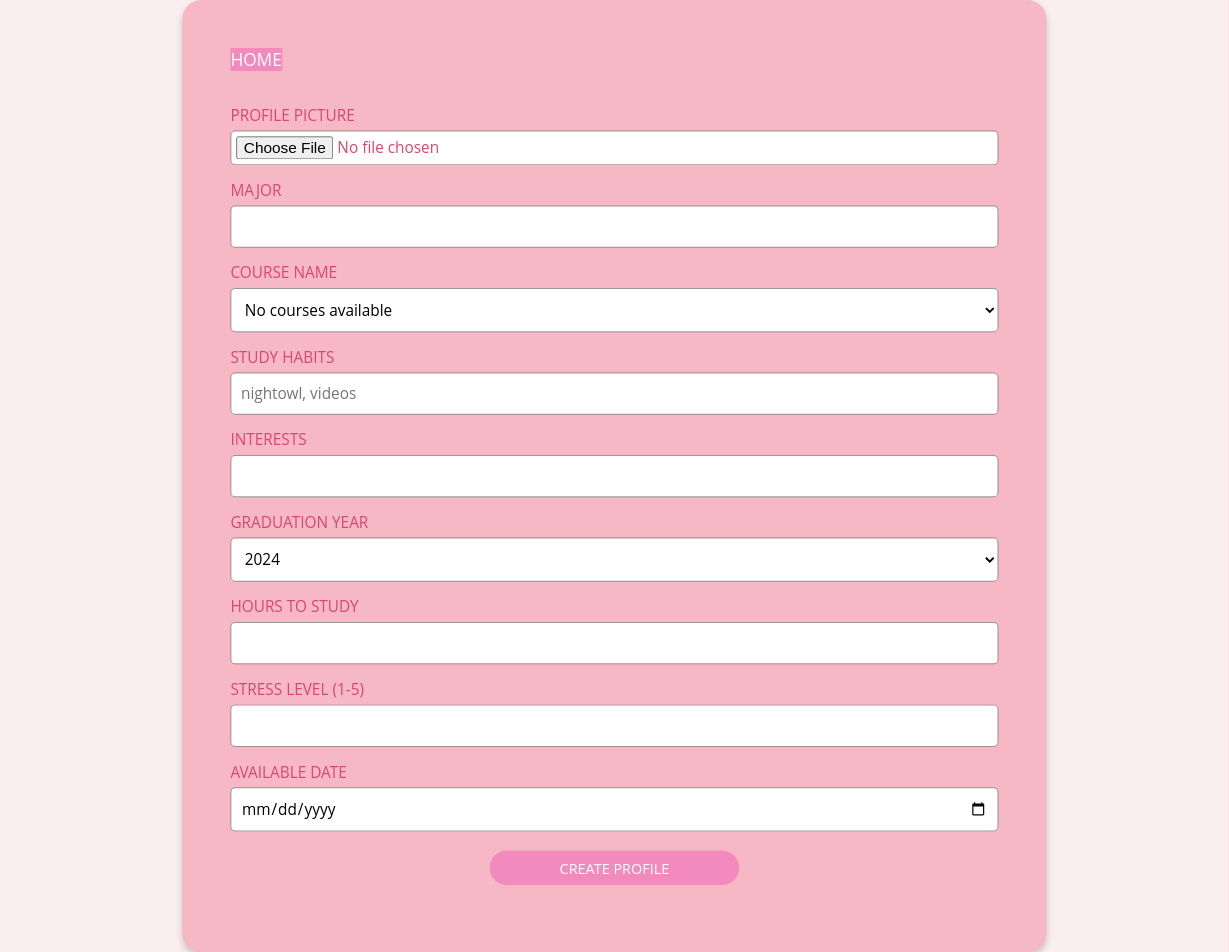
Repository: Argivist/BUDDY-MATCH
Page: http://localhost/html/profile.php
An editor plug-in stored every save of this project. The page is shown before and after the next save, followed by the edit.
The browser window is 1280 px wide. The pictures show the whole page, at 96% of full size.
The page is run by PHP 8.4 with error messages shown; the project is at /var/www/html/. Queries for data that is not in the repository find no rows.

Above is the page before, as saved 2024-08-08 00:29:13.

### html/profile.php
<!DOCTYPE html>
<html lang="en">
<head>
    <meta charset="UTF-8">
    <meta name="viewport" content="width=device-width, initial-scale=1.0">
    <title>Create Profile</title>
    <link rel="stylesheet" href="../css/profile.css">
</head>
<body>
    <div class="cont">
        <a class="home-link" href="../index.php">Home</a>
        <form action="../action/profileAction.php" method="POST" enctype="multipart/form-data">
            <label for="profile-picture">
                Profile Picture
                <input type="file" name="profilePicture" id="profile-picture" accept="image/*" required>
            </label>
            <label for="major">
                Major
                <input type="text" name="major" id="major" required>
            </label>
            <!-- /course -->
            <label for="course-name">
                Course Name
                <select name="courseName" id="course-name" required>
                    <?php
                        require '../subaction/course.php';
                    ?>
                </select>
            <label for="study-habits">
                Study Habits
                <input type="text" name="studyHabits" id="study-habits" placeholder="nightowl, videos" required>
            </label>
            <label for="interests">
                Interests
                <input type="text" name="interests" id="interests" required>
            </label>
            <label for="grad-year">
                Graduation Year
                <select name="gradYear" id="grad-year" required>
                    <option value="2024">2024</option>
                    <option value="2025">2025</option>
                    <option value="2026">2026</option>
                    <option value="2027">2027</option>
                </select>
            </label>
            <label for="time-to-study">
                Hours to Study
                <input type="number" name="timeToStudy" id="time-to-study" required>
            </label>
            <label for="stress-level">
                Stress Level (1-5)
                <input type="number" name="stressLevel" id="stress-level" min="1" max="5" required>
            </label>
            <label for="available-date">
                Available Date
                <input type="date" name="availableDate" id="available-date" required>
            </label>
            <button type="submit">Create Profile</button>
        </form>
    </div>
</body>
</html>

### subaction/course.php
<?php
require '../settings/connection.php'; // Ensure this path is correct

// course listing function
$stmt = $pdo->prepare("SELECT * FROM courses");
$stmt->execute();
$courses = $stmt->fetchAll();
// if no courses
if (count($courses) == 0) {
    echo "<option value=''>No courses available</option>";
    return;
}else{
    foreach ($courses as $course) {
        echo "<option value='{$course['courseID']}'>{$course['courseName']}</option>";
    }
}

?>

### settings/connection.php
<?php
// Declare constant variables to store the database connection parameters
$HOST = 'localhost:3309';
$USERNAME = 'root';
$PASSWORD = '!@#456yui';
$NAME = 'khapdb';

try {
    // Create a new PDO instance
    $pdo = new PDO("mysql:host=$HOST;dbname=$NAME;charset=utf8mb4", $USERNAME, $PASSWORD);
    // Set PDO error mode to exception
    $pdo->setAttribute(PDO::ATTR_ERRMODE, PDO::ERRMODE_EXCEPTION);
} catch (PDOException $e) {
    // If connection fails, throw an exception with the error message
    die("Connection failed: " . $e->getMessage());
}
?>

### css/profile.css
*,
*:before,
*:after {
    box-sizing: border-box;
    margin: 0;
    padding: 0;
}

body {
    font-family: 'Open Sans', Helvetica, Arial, sans-serif;
    background: #fbeef0; /* Light pink background */
}

input,
button,
select,
textarea {
    border: none;
    outline: none;
    background: none;
    font-family: 'Open Sans', Helvetica, Arial, sans-serif;
}

.cont {
    border-radius: 20px;
    overflow: hidden;
    position: relative;
    width: 900px;
    margin: 0 auto;
    background: #f7b8c5; /* Soft pink background */
    box-shadow: 0 4px 8px rgba(0, 0, 0, 0.2);
    padding: 50px;
}

button {
    display: block;
    margin: 20px auto;
    width: 260px;
    height: 36px;
    border-radius: 30px;
    color: #fff;
    font-size: 15px;
    cursor: pointer;
    background: #f28abe; /* Darker pink background for the button */
    text-transform: uppercase;
}

label {
    display: block;
    width: 100%;
    margin: 15px 0;
    text-align: left;
    font-size: 16px;
    color: #d8476c; /* Medium pink color */
    text-transform: uppercase;
}

input,
select,
textarea {
    display: block;
    width: 100%;
    margin-top: 5px;
    padding: 10px;
    font-size: 16px;
    border: 1px solid rgba(0, 0, 0, 0.4);
    border-radius: 5px;
    background: #fff;
}

input[type="file"] {
    padding: 5px;
}

textarea {
    resize: vertical; /* Allows users to adjust height of the textarea */
}

button:hover {
    background: #ec5d8f; /* Slightly lighter pink on hover */
}

.home-link {
    display: inline-block;
    margin-bottom: 20px;
    font-size: 18px;
    text-transform: uppercase;
    color: #fff;
    text-decoration: none;
    background: #f28abe; /* Darker pink background for the link */
}

### subaction/major.php
<?php

require 'settings/connection.php'; // Ensure this path is correct

// major listing function
$stmt = $pdo->prepare("SELECT * FROM majors");
$stmt->execute();
$majors = $stmt->fetchAll();
// if no majors
if (count($majors) == 0) {
    echo "<option value=''>No majors available</option>";
    return;
}else{
    foreach ($majors as $major) {
        echo "<option value='{$major['majorID']}'>{$major['major']}</option>";
    }
}
?>

After the next save:
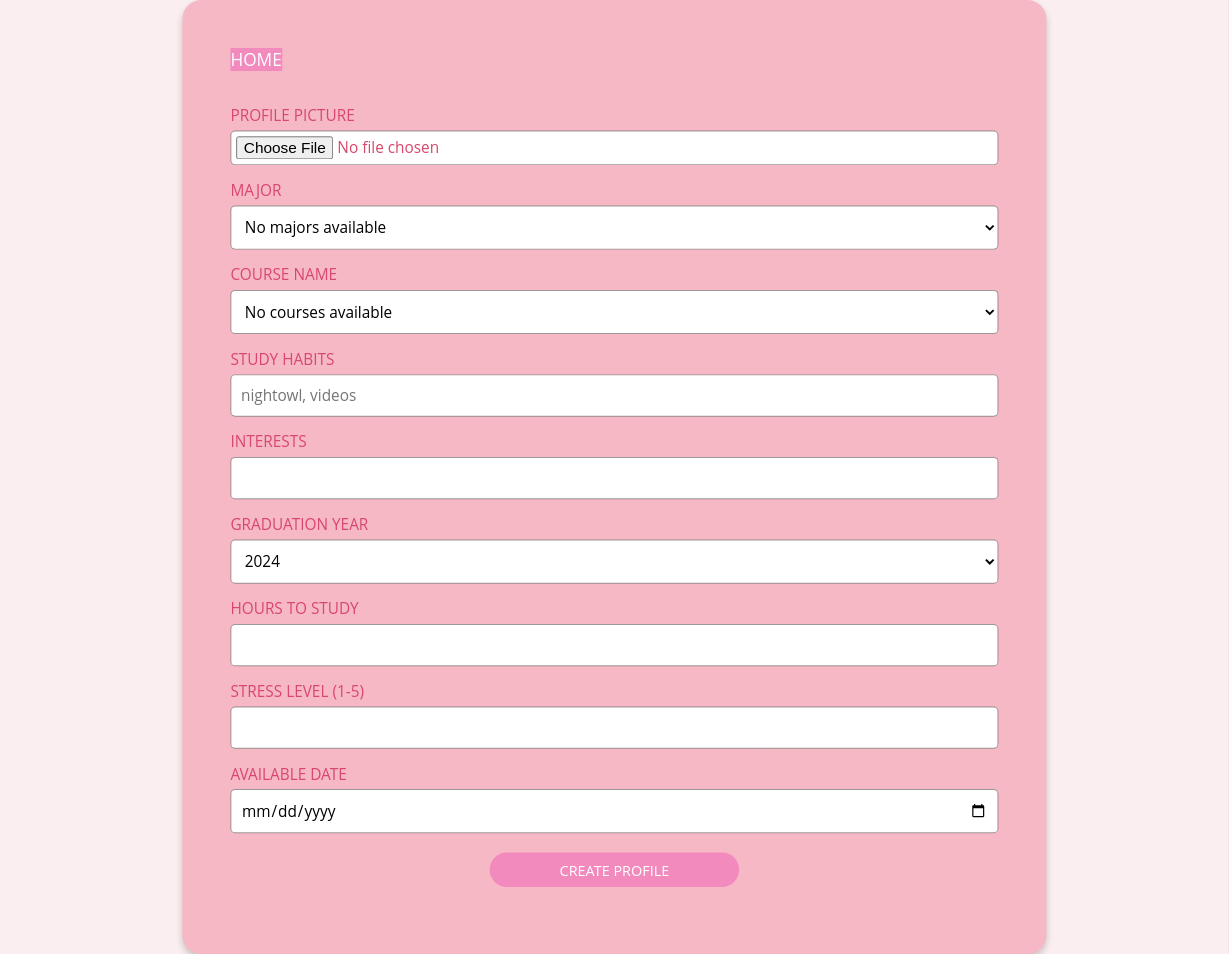
Saved 37 s later.
--- a/html/profile.php
+++ b/html/profile.php
@@ -16,7 +16,11 @@
             </label>
             <label for="major">
                 Major
-                <input type="text" name="major" id="major" required>
+                <select name="major" id="major" required>
+                    <?php
+                        require '../subaction/major.php';
+                    ?>
+                </select>
             </label>
             <!-- /course -->
             <label for="course-name">
